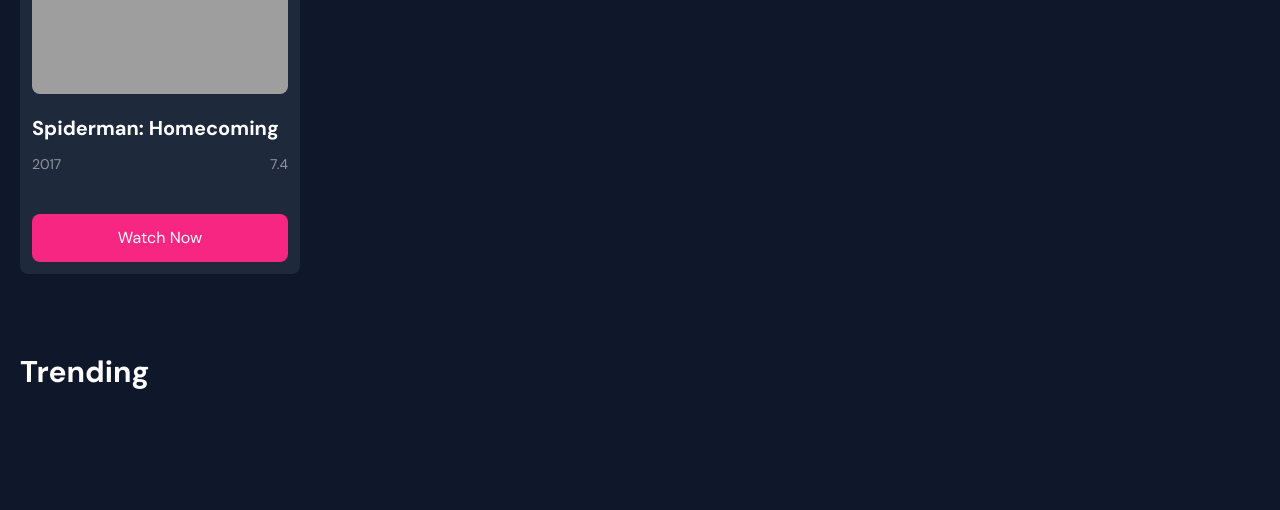
Repository: phamthiendong/project
Page: /
The author's editor kept a copy of each file at every save. The page is drawn from the files as they stood at one save, then again after the next save.
The browser window is 1280 px wide. The pictures show the part of the page from y = 1546 to 2498 px (the page is 2056 px tall before and 2498 px after).
Pictures or frames that could not be fetched are drawn as grey boxes. The project was rebuilt for these pictures with package versions that can differ from the ones it lists, and the page was loaded fresh each time. Also part of the build but not shown: vite.config.js.

Above is the page before, as saved 2025-03-21 21:46:21.

### index.html
<!DOCTYPE html>
<html lang="en">
  <head>
    <meta charset="UTF-8" />
    <link rel="icon" type="image/svg+xml" href="/vite.svg" />
    <meta name="viewport" content="width=device-width, initial-scale=1.0" />
    <title>Vite + React</title>
    <link rel="preconnect" href="https://fonts.googleapis.com" />
    <link rel="preconnect" href="https://fonts.gstatic.com" crossorigin />
    <link
      href="https://fonts.googleapis.com/css2?family=DM+Sans:ital,opsz,wght@0,9..40,100..1000;1,9..40,100..1000&family=Poppins:ital,wght@0,100;0,200;0,300;0,400;0,500;0,600;0,700;0,800;0,900;1,100;1,200;1,300;1,400;1,500;1,600;1,700;1,800;1,900&display=swap"
      rel="stylesheet"
    />
  </head>
  <body>
    <div id="root"></div>
    <script type="module" src="/src/main.jsx"></script>
  </body>
</html>

### src/index.css
@tailwind base;
@tailwind components;
@tailwind utilities;

@layer base {
  body {
    @apply bg-slate-900 font-body px-5;
  }
}
@layer components {
  .page-container {
    max-width: 1240px;
    @apply mx-auto;
  }
}

### src/App.jsx
import React, { Fragment } from "react";
import { NavLink } from "react-router-dom";
const App = () => {
  return (
    <Fragment>
      <header className="header flex items-center justify-center gap-x-5 text-white py-10 mb-5">
        <span className="text-primaty">Home</span>
        <span>Movies</span>
      </header>
      <section className="banner h-[500px] page-container mb-20">
        <div className="w-full h-full rounded-lg relative">
          <div className="overlay absolute inset-0 bg-gradient-to-t from-[rgba(0,0,0,0.5)] to-[rgba(0,0,0,0.5)] rounded-lg"></div>

          <img
            src="https://lumiere-a.akamaihd.net/v1/images/au_marvel_avengersendgame_hero_m_f8ba68d1.jpeg?region=0,133,750,422"
            alt=""
            className="w-full h-full object-cover rounded-lg"
          />
          <div className="absolute left-5 bottom-5 w-full text-white">
            <h2 className="font-bold text-3xl mb-5 ">Avengers: Endgame</h2>
            <div className="flex items-center gap-x-3 mb-8">
              <span className="py-2 px-4 border border-white rounded-md">
                Adventure
              </span>
              <span className="py-2 px-4 border border-white rounded-md">
                Adventure
              </span>
              <span className="py-2 px-4 border border-white rounded-md">
                Adventure
              </span>
            </div>
            <button className="py-3 px-6 rounded-lg bg-primaty text-white font-medium">
              Watch Now
            </button>
          </div>
        </div>
      </section>
      <section className="movies-layout page-container pb-20">
        <h2 className="capitalize text-white mb-10 text-3xl font-bold">
          Now playing
        </h2>
        <div className="movie-list grid grid-cols-4 gap-10">
          <div className="movie-card rounded-lg p-3 bg-slate-800 text-white">
            <img
              src="https://m.media-amazon.com/images/M/MV5BMjMxNjY2MDU1OV5BMl5BanBnXkFtZTgwNzY1MTUwNTM@._V1_.jpg"
              alt=""
              className="w-full h-[250px] object-cover rounded-lg mb-5"
            />
            <h3 className=" text-xl font-bold mb-3">Spiderman: Homecoming</h3>
            <div className="flex items-center justify-between text-sm opacity-50 mb-10">
              <span>2017</span>
              <span>7.4</span>
            </div>
            <button
              className="py-3 px-6 rounded-lg capitalize bg-primaty w-full
            "
            >
              Watch Now
            </button>
          </div>
        </div>
      </section>

      <section className="movies-layout page-container pb-20">
        <h2 className="capitalize text-white mb-10 text-3xl font-bold">
          Top rated
        </h2>
        <div className="movie-list grid grid-cols-4 gap-10">
          <div className="movie-card rounded-lg p-3 bg-slate-800 text-white">
            <img
              src="https://m.media-amazon.com/images/M/MV5BMjMxNjY2MDU1OV5BMl5BanBnXkFtZTgwNzY1MTUwNTM@._V1_.jpg"
              alt=""
              className="w-full h-[250px] object-cover rounded-lg mb-5"
            />
            <h3 className=" text-xl font-bold mb-3">Spiderman: Homecoming</h3>
            <div className="flex items-center justify-between text-sm opacity-50 mb-10">
              <span>2017</span>
              <span>7.4</span>
            </div>
            <button
              className="py-3 px-6 rounded-lg capitalize bg-primaty w-full
            "
            >
              Watch Now
            </button>
          </div>
        </div>
      </section>

      <section className="movies-layout page-container pb-20">
        <h2 className="capitalize text-white mb-10 text-3xl font-bold">
          Trending
        </h2>
        <div className="movie-list grid grid-cols-4 gap-10"></div>
      </section>
    </Fragment>
  );
};

export default App;

### tailwind.config.js
/** @type {import('tailwindcss').Config} */
export default {
  content: ["./index.html", "./src/**/*.{js,ts,jsx,tsx}"],
  theme: {
    extend: {
      fontFamily: {
        body: ["DM Sans", "sans-serif"],
      },
      colors: {
        primaty: "#F62682",
      },
    },
  },
  plugins: [],
};

### src/components/movie/MovieCard.jsx
import React from "react";

const MovieCard = () => {
  return (
    <div className="movie-card rounded-lg p-3 bg-slate-800 text-white">
      <img
        src="https://m.media-amazon.com/images/M/MV5BMjMxNjY2MDU1OV5BMl5BanBnXkFtZTgwNzY1MTUwNTM@._V1_.jpg"
        alt=""
        className="w-full h-[250px] object-cover rounded-lg mb-5"
      />
      <h3 className=" text-xl font-bold mb-3">Spiderman: Homecoming</h3>
      <div className="flex items-center justify-between text-sm opacity-50 mb-10">
        <span>2017</span>
        <span>7.4</span>
      </div>
      <button
        className="py-3 px-6 rounded-lg capitalize bg-primaty w-full
  "
      >
        Watch Now
      </button>
    </div>
  );
};

export default MovieCard;

Loaded but not shown: src/main.jsx (common file)

After the next save:
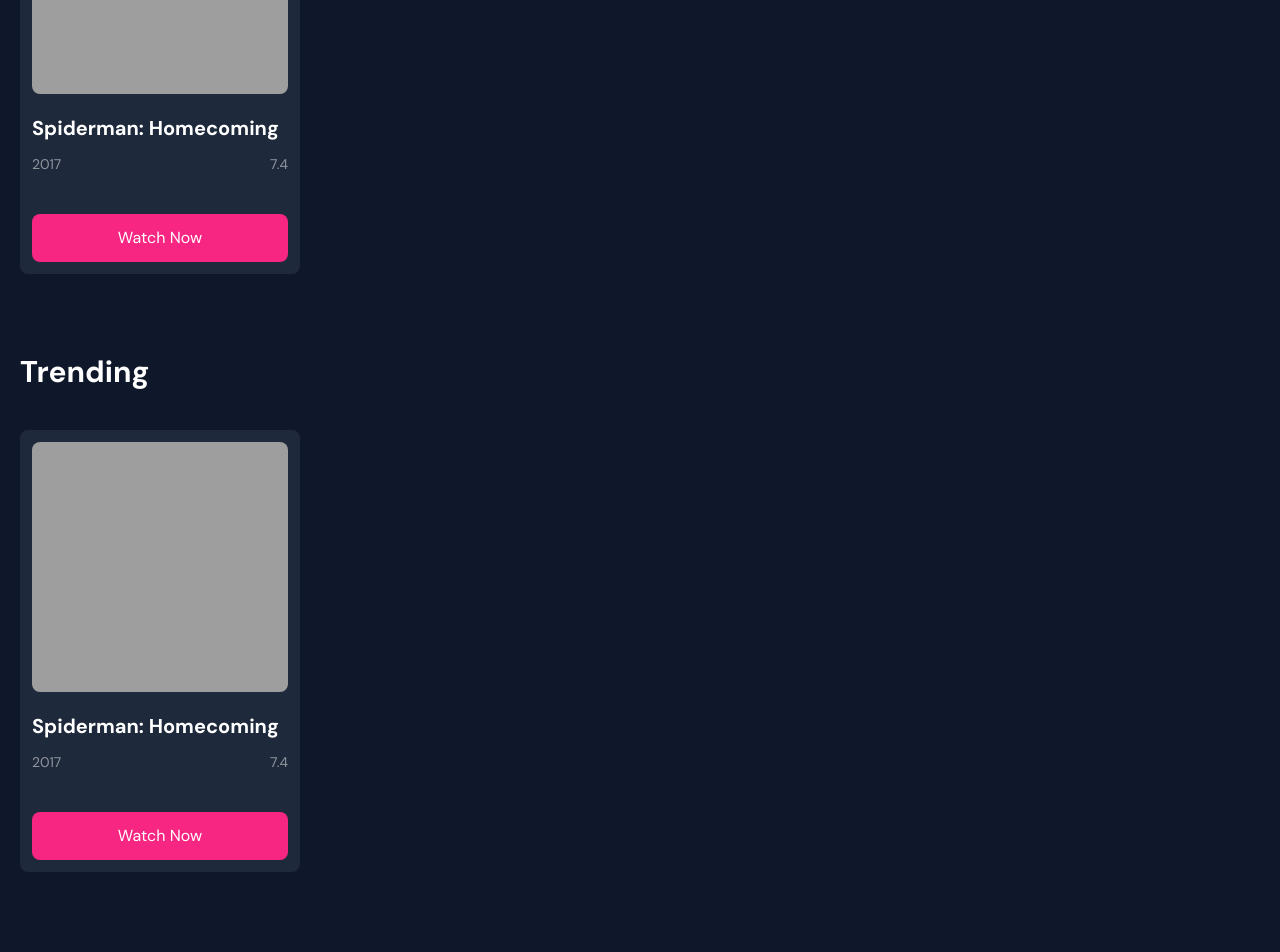
Saved 12 s later.
--- a/src/App.jsx
+++ b/src/App.jsx
@@ -1,5 +1,6 @@
 import React, { Fragment } from "react";
 import { NavLink } from "react-router-dom";
+import MovieCard from "./components/movie/MovieCard";
 const App = () => {
   return (
     <Fragment>
@@ -91,7 +92,9 @@
         <h2 className="capitalize text-white mb-10 text-3xl font-bold">
           Trending
         </h2>
-        <div className="movie-list grid grid-cols-4 gap-10"></div>
+        <div className="movie-list grid grid-cols-4 gap-10">
+          <MovieCard></MovieCard>
+        </div>
       </section>
     </Fragment>
   );

After the 2 saves that followed:
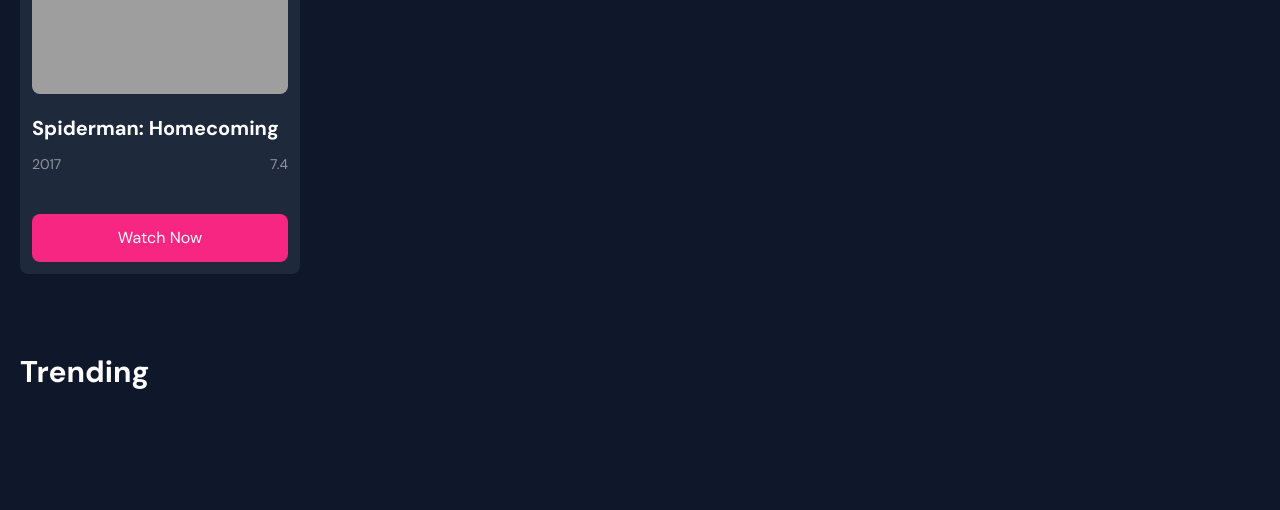
The 2 saves are shown as one change because 1 left the picture as it was.
The last was saved 4 min 45 s later.
--- a/src/App.jsx
+++ b/src/App.jsx
@@ -1,5 +1,6 @@
 import React, { Fragment } from "react";
 import { NavLink } from "react-router-dom";
+import { SwiperSlide, Swiper } from "swiper/react";
 import MovieCard from "./components/movie/MovieCard";
 const App = () => {
   return (
@@ -92,9 +93,7 @@
         <h2 className="capitalize text-white mb-10 text-3xl font-bold">
           Trending
         </h2>
-        <div className="movie-list grid grid-cols-4 gap-10">
-          <MovieCard></MovieCard>
-        </div>
+        <div className="movie-list grid grid-cols-4 gap-10"></div>
       </section>
     </Fragment>
   );
